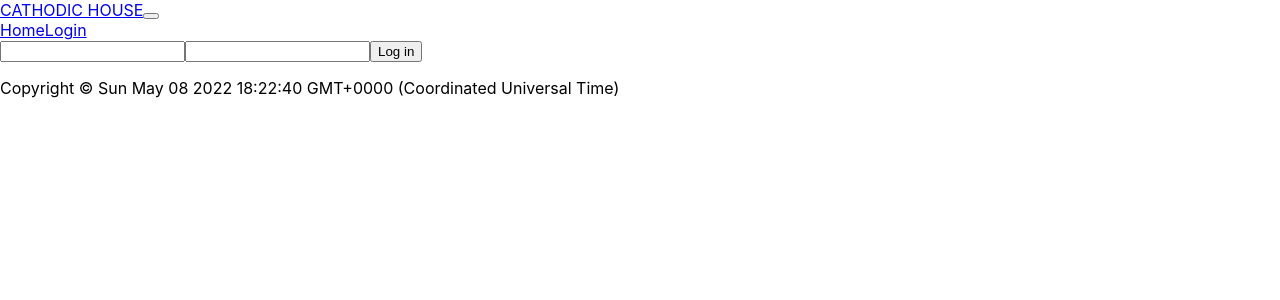
Repository: grnisna/warehouse-management-client-11
Page: /login
An editor plug-in stored every save of this project. The page is shown before and after the next save, followed by the edit.
The browser window is 1280 px wide. The pictures show the whole page.
The project was rebuilt for these pictures with package versions that can differ from the ones it lists, and the page was loaded fresh each time. Also part of the build but not shown: src/components/Home/Carosel/Carosel.css, src/components/Home/Carosel/Carosel.js, src/components/Hooks/UseItems/UseItems.js, src/components/Home/Item/Item.css, src/components/Home/Item/Item.js, src/components/Home/Items/Items.css, src/components/Home/Items/Items.js, src/components/Home/Home.js and 2 more.

Above is the page before, as saved 2022-05-09 12:02:58.

After the next save:
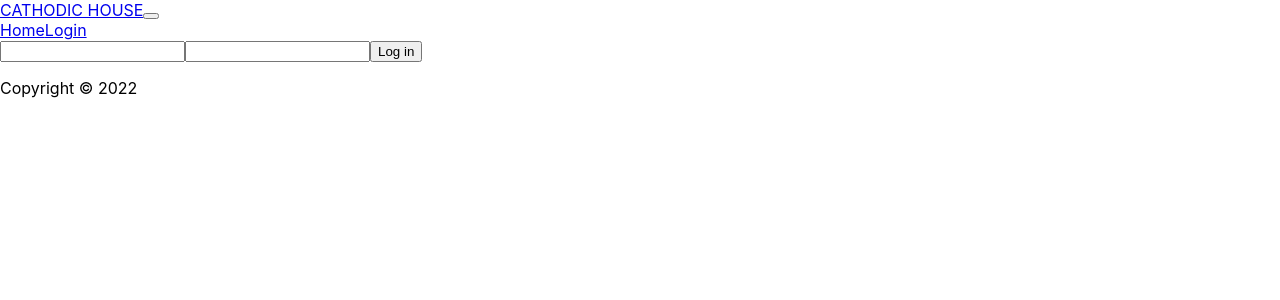
Saved 43 s later.
--- a/src/components/Home/Footer/Footer.js
+++ b/src/components/Home/Footer/Footer.js
@@ -1,7 +1,7 @@
 import React from 'react';
 
 const Footer = () => {
-    const date = new Date().toString()
+    const date = new Date().getFullYear();
     return (
         <div>
             <p><span>Copyright &copy; {date} </span></p>
